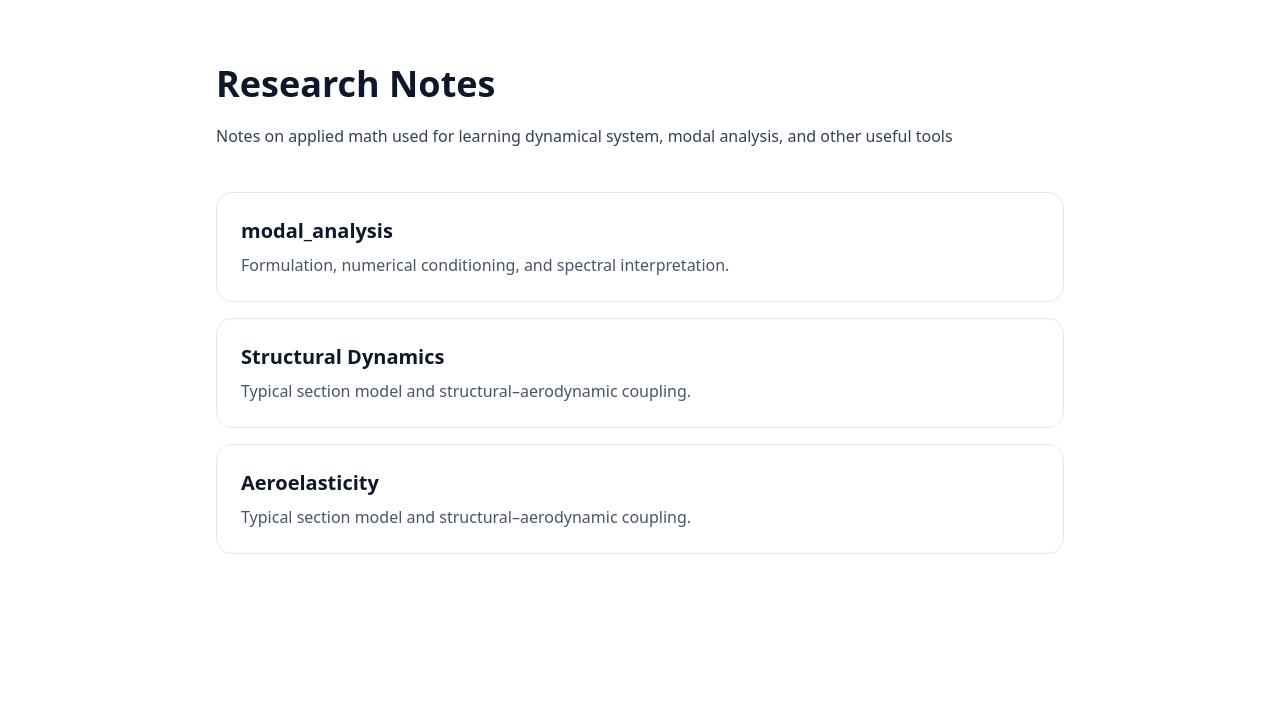
Repository: JWS625/JWS625.github.io
Page: notes/index.html
These files come from the project's save history. The page is drawn as it stood at one moment and after the next save; the edit follows.
The browser window is 1280 px wide. The pictures show the whole page.
Some web libraries are served in a nearby version.

Above is the page before, as saved 2026-02-20 17:18:43.

### notes/index.html
<!doctype html>
<html>
<head>
  <meta charset="utf-8">
  <title>Research Notes | Jiwoo Song</title>
  <script src="https://cdn.tailwindcss.com"></script>
</head>

<body class="bg-white text-slate-900">
<div class="max-w-4xl mx-auto px-6 py-16">

<h1 class="text-4xl font-semibold">Research Notes</h1>
<p class="mt-4 text-slate-700 leading-8">
Notes on applied math used for learning dynamical system, modal analysis, and other useful tools
</p>

<div class="mt-10 space-y-4">

<a href="modal_analysis/" class="block p-6 border rounded-2xl hover:bg-slate-50">
  <h2 class="text-xl font-semibold">modal_analysis</h3>
  <p class="mt-2 text-slate-600">
    Formulation, numerical conditioning, and spectral interpretation.
  </p>
</a>

<!-- <a href="koopman.html" class="block p-6 border rounded-2xl hover:bg-slate-50">
  <h2 class="text-xl font-semibold">Koopman Operator Theory</h2>
  <p class="text-slate-600 mt-2">
  Operator-theoretic formulation of nonlinear dynamics.
  </p>
</a> -->

<a href="structural_dynamicals.html" class="block p-6 border rounded-2xl hover:bg-slate-50">
  <h2 class="text-xl font-semibold">Structural Dynamics</h2>
  <p class="text-slate-600 mt-2">
  Typical section model and structural–aerodynamic coupling.
  </p>
</a>

<a href="aeroelasticity.html" class="block p-6 border rounded-2xl hover:bg-slate-50">
  <h2 class="text-xl font-semibold">Aeroelasticity</h2>
  <p class="text-slate-600 mt-2">
  Typical section model and structural–aerodynamic coupling.
  </p>
</a>

</div>

</div>
</body>
</html>

After the next save:
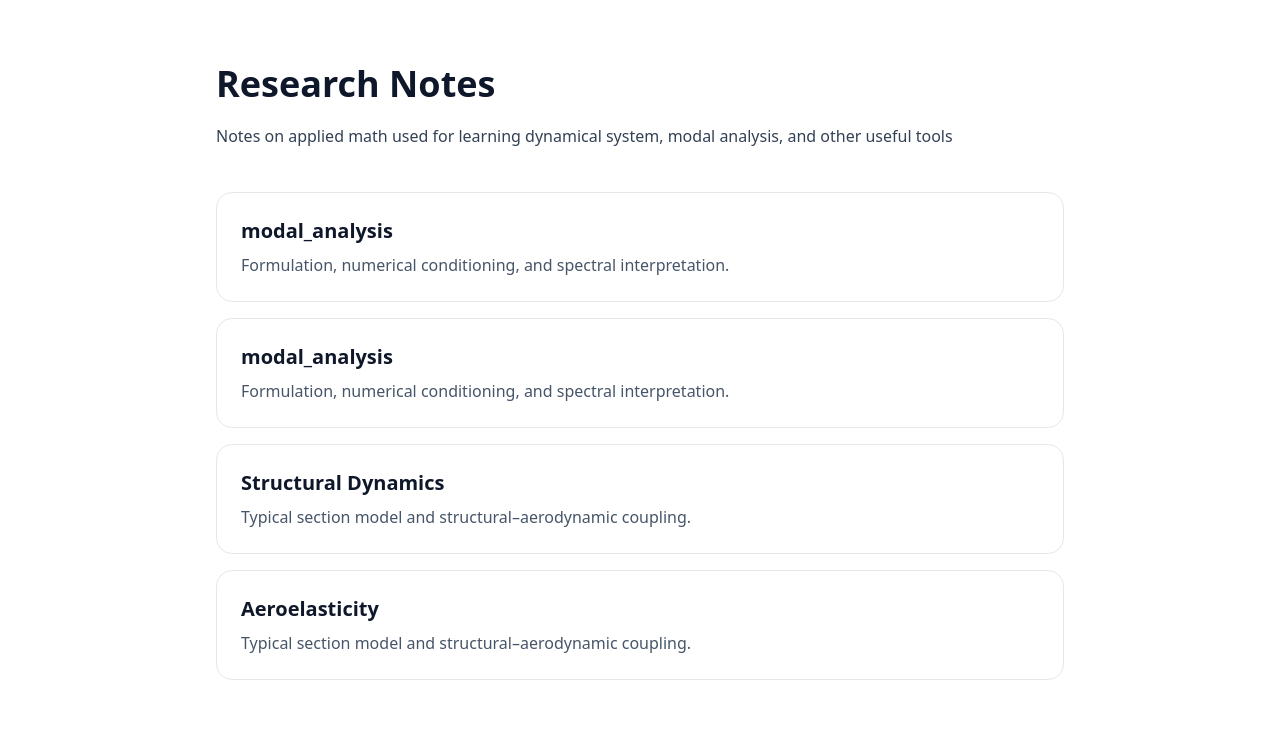
Saved 21 s later.
--- a/notes/index.html
+++ b/notes/index.html
@@ -23,6 +23,12 @@ Notes on applied math used for learning dynamical system, modal analysis, and ot
   </p>
 </a>
 
+<a href="nonlinear_dynamics/" class="block p-6 border rounded-2xl hover:bg-slate-50">
+  <h2 class="text-xl font-semibold">modal_analysis</h3>
+  <p class="mt-2 text-slate-600">
+    Formulation, numerical conditioning, and spectral interpretation.
+  </p>
+</a>
 <!-- <a href="koopman.html" class="block p-6 border rounded-2xl hover:bg-slate-50">
   <h2 class="text-xl font-semibold">Koopman Operator Theory</h2>
   <p class="text-slate-600 mt-2">
